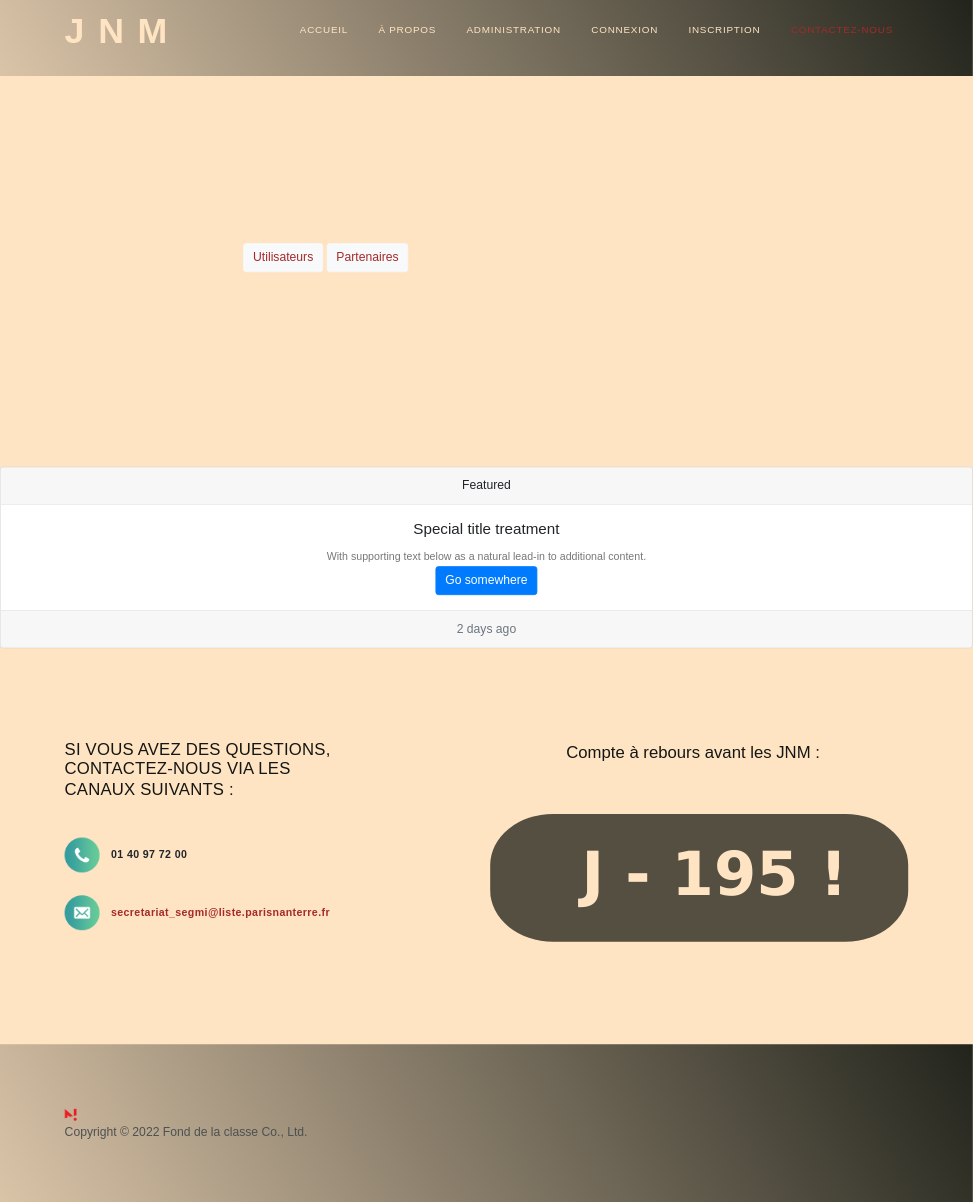
Repository: RiadNadri/ProjetWeb2022
Page: templates/Admin/admin.html.twig
An editor plug-in stored every save of this project. The page is shown before and after the next save, followed by the edit.
The browser window is 1280 px wide. The pictures show the whole page, at 76% of full size.
Some web fonts or font styles are not loaded; a fallback is used. The page is a Twig template of a Symfony application; nobody is signed in and links lead nowhere. The template is opened directly, without the code that normally fills it, so the values that code supplies are empty.

Above is the page before, as saved 2022-12-24 17:15:11.

### templates/Admin/admin.html.twig
{% extends 'base.html.twig' %}

{% block title %} Administration {% endblock %}


{% block body %}

<style>
    .buttonUser{
        margin-top: 25%;
        margin-bottom: 20%;
        margin-left: 25%;
    }
    .buttonPartenaire{
        margin-left:35%;
        font-size: xx-large;
    }
</style>

<div class="buttonUser">
    <div class="btn btn-light" >
        <a href="{{path('app_user')}}">Utilisateurs</a>
    </div>
    <div class="btn btn-light" >
        <a  href="{{path('app_partenaire')}}">Partenaires</a>
    </div>
</div>

<div class="card text-center">
  <div class="card-header">
    Featured
  </div>
  <div class="card-body">
    <h5 class="card-title">Special title treatment</h5>
    <p class="card-text">With supporting text below as a natural lead-in to additional content.</p>
    <a href="#" class="btn btn-primary">Go somewhere</a>
  </div>
  <div class="card-footer text-muted">
    2 days ago
  </div>
</div>
{% endblock %}

### templates/base.html.twig
<!DOCTYPE html>
<html>
    <head>
        <meta charset="UTF-8">
        <title>{% block title %}{% endblock %} - JNM</title>
        <meta name="viewport" content="width=device-width, initial-scale=1, shrink-to-fit=no">
        <meta name="description" content="">
        <meta name="author" content="">
        <link href="https://fonts.googleapis.com/css?family=Raleway:100,200,300,400,500,600,700,800,900&display=swap" rel="stylesheet">
        <link rel="shortcut icon" type= "image/png" href="{{ asset('img/favicon.png')}}" />

        {# Run `composer require symfony/webpack-encore-bundle` to start using Symfony UX #}

        <link rel="stylesheet" href="{{ asset('assets/css/bootstrap.min.css')}}">
        <link rel="stylesheet" href="{{ asset('assets/css/templatemo-breezed (1).css')}}">

        {% block stylesheets %}{% endblock %}

        {% block javascripts %}{% endblock %}
    </head>
    <body>

        <header class="header-area header-sticky">
        <div class="container">
            <div class="row">
                <div class="col-12">
                    <nav class="main-nav">
                        <!-- ***** Logo Start ***** -->
                        <a href="{{path('app_accueil')}}" class="logo">
                            JNM
                        </a>
                        <!-- ***** Logo End ***** -->
                        <!-- ***** Menu Start ***** -->
                        <ul class="nav">
                            <li class="scroll-to-section"><a href="{{path('app_accueil')}}" >Accueil</a></li>
                            <li class="scroll-to-section"><a href="#about">À propos</a></li>
                            <li class="scroll-to-section"><a href="{{path('app_admin')}}">Administration</a></li>
                            <li class="scroll-to-section"><a href="{{path('app_connexion')}}">Connexion</a></li>
                            {% if app.user %}
                                <li class="scroll-to-section"><a href="#réservation">Réservation</a></li>
                                <li class="scroll-to-section"><a href="{{path('app_profil')}}">Mon profil</a></li>
                                <li class="scroll-to-section"><a href="{{path('app_deconnexion')}}">Deconnexion</a></li>
                            {% else %}
                                <li class="scroll-to-section"><a href="{{path('app_inscription')}}">Inscription</a></li>
                            {% endif %}
                            <li class="scroll-to-section"><a href="#contact-us" class="active">Contactez-Nous</a></li>


                        </ul>

                        <!-- ***** Menu End ***** -->
                    </nav>
                </div>
            </div>
        </div>
    </header>

    {% block body %}
    <section class="section" id="about">
        <div class="container">
            <div class="row">
                <div class="col-lg-6 col-md-6 col-xs-12">
                    <div class="left-text-content">
                        <div class="section-heading">
                            <h6>À propos des Journées Nationales de la MIAGE</h6>
                            <h2>Certains de nos partenaires</h2>
                        </div>
                        <div class="row">
                            <div class="col-md-6 col-sm-6">
                                <div class="service-item">
                                    <a href="https://pepsi.fr/" rel ="nofollow noopener" target="_blank"> <img src="{{ asset('img/Pepsi-Logo-PNG-Pic.png')}}" alt=""> </a>
                                    <h4><a rel="nofollow noopener" href="https://pepsi.fr/" target="_blank">Pepsi</a></h4>
                                </div>
                            </div>
                            <div class="col-md-6 col-sm-6">
                                <div class="service-item">
                                    <a href="https://www.beinsports.com/france/" rel ="nofollow noopener" target="_blank"> <img src="{{ asset('img/Bein_sport_logo.png')}}" alt=""> </a>
                                    <h4><a rel="nofollow noopener" href="https://www.beinsports.com/france/" target="_blank">BeIn Sport</a></h4>
                                </div>
                            </div>
                            <div class="col-md-6 col-sm-6">
                                <div class="service-item">
                                    <a href="https://www.canalplus.com/" rel ="nofollow noopener" target="_blank"> <img src="{{ asset('img/canal-logo-png-transparent.png')}}" alt=""> </a>
                                    <h4><a rel="nofollow noopener" href="https://www.canalplus.com/" target="_blank">Canal +</a></h4>
                                </div>
                            </div>
                            <div class="col-md-6 col-sm-6">
                                <div class="service-item">
                                    <a href="https://www.wwf.fr/" rel ="nofollow noopener" target="_blank"> <img src="{{ asset('img/panda.png')}}" alt=""> </a>
                                    <h4><a rel="nofollow noopener" href="https://www.wwf.fr/" target="_blank">WWF</a></h4>
                                </div>
                            </div>
                            <div class="col-md-12">
                                <a href="#" class="main-button-icon">
                                    En savoir plus
                                </a>
                            </div>
                        </div>
                    </div>
                </div>
                <div class="col-lg-6 col-md-6 col-xs-12">
                    <div class="right-text-content">
                        <p>Les Journées Nationales de la Miage sont organisées par <a rel="nofollow noopener" href="https://www.parisnanterre.fr/" target="_blank">L'Université Paris Nanterre</a> en 2023.
                        <br><br>Du 01/06/2023 au 04/06/2023 venez participer aux Journées Nationales de la MIAGE aux portes de Paris sur le campus de Nanterre. Retrouvez-y toutes les MIAGE de France pour partager un bon moment.
                      <br><br>Prenez part aux différentes activités et profitez-en pour élargir votre réseau miagiste !</p>
                    </div>
                </div>
            </div>
        </div>
    </section>

    <section class="section" id="features">
        <div class="container">
            <div class="row">
                <div class="col-lg-4 col-md-6 col-sm-12 col-xs-12" data-scroll-reveal="enter left move 30px over 0.6s after 0.4s">
                    <div class="features-item">
                        <div class="features-icon">
                            <img src="{{ asset('img/Icone.png')}}" height="30px" width="30px" alt="">
                        </div>
                        <div class="features-content">
                            <h4>Le campus de Nanterre</h4>
                            <p>Situé à proximité du quartier d'affaires da La Défense, le campus de Nanterre s'étend sur 30 hectares.<br> Chaque année, il accueille plus de 40 000 étudiants et met à leur disposition divers types d'infrastructures permettant de pratiquer des activités sportives et culturelles !</p>
                            <a href="https://www.parisnanterre.fr/" target="_blank" class="text-button-icon">
                                En savoir plus
                            </a>
                        </div>
                    </div>
                </div>
                <div class="col-lg-4 col-md-6 col-sm-12 col-xs-12" data-scroll-reveal="enter bottom move 30px over 0.6s after 0.4s">
                    <div class="features-item">
                        <div class="features-icon">
                            <img src="{{ asset('img/miage.png')}}" height="30px" width="30px" alt="">
                        </div>
                        <div class="features-content">
                            <h4>La Miage de Nanterre</h4>
                            <p>Intégrée au sein de l'Unité de Formation et de Recherche
                                <a href="https://ufr-segmi.parisnanterre.fr/" rel="nofollow noopener" target="_blank">
                                SEGMI
                                </a> au bâtiment Allais (G), la MIAGE de Nanterre</p>
                            <a href="https://miage.parisnanterre.fr/" class="text-button-icon">
                                En savoir plus
                            </a>
                        </div>
                    </div>
                </div>
                <div class="col-lg-4 col-md-6 col-sm-12 col-xs-12" data-scroll-reveal="enter right move 30px over 0.6s after 0.4s">
                    <div class="features-item">
                        <div class="features-icon">
                            <img src="{{ asset('img/eiffel.png')}}" height="50px" width="50px"alt="">
                        </div>
                        <div class="features-content">
                            <h4>Le séjour à Paris</h4>
                            <p>Vous pourrez profiter d'ếtre aux portes de Paris pour visiter la capitale. La ligne du RER A vous permettra de rejoindre le centre-ville en moins de 30 minutes.<br> Allez explorer le 1er arrondissement riche en culture, ou manger dans l'un des 18 000 restaurants parisiens !</p>
                            <a href="https://www.parisinfo.com/visiter-a-paris" class="text-button-icon">
                                En savoir plus
                            </a>
                        </div>
                    </div>
                </div>
            </div>
        </div>
    </section>
    {% endblock %}


    <!-- ***** Contact Us Area Starts ***** -->
    <section class="section" id="contact-us">
        <div class="container">
            <div class="row">
                <div class="col-lg-4 col-md-4 col-xs-12">
                    <div class="left-text-content">
                        <div class="section-heading">
                            <h6>Si vous avez des questions, Contactez-nous via les canaux suivants :</h6>
                        </div>
                        <ul class="contact-info">
                            <li><img src="{{ asset('img/contact-info-01.png')}}" alt="">01 40 97 72 00</li>
                            <li><img src="{{ asset('img/contact-info-02.png')}}" alt=""><a href="mailto:secretariat_segmi@liste.parisnanterre.fr">secretariat_segmi@liste.parisnanterre.fr</a></li>
                        </ul>
                    </div>
                </div>

                <div class="col-lg-8 col-md-6 col-xs-12">
                    <div class="section-heading">
                        <h7>Compte à rebours avant les JNM :</h7>
                    </div>
                    <div class="cpt">

                        <label id="Compte"></label>
                            <script type="text/javascript" >
                                var Affiche=document.getElementById("Compte");
                                function Rebour() {
                                 var date1 = new Date();
                                 var date2 = new Date ("Jun 1, 2023 00:00:00");
                                 var sec = (date2 - date1) / 1000;
                                 var n = 24 * 3600;
                                 if (sec > 0) {
                                        j = Math.floor (sec / n);
                                        Affiche.innerHTML = "J - " + j + " !";
                                 }
                                 tRebour=setTimeout ("Rebour();", 1000);
                                }
                             Rebour();
                            </script>

                    </div>
                </div>

            </div>
        </div>
    </section>


    </body>


    <!-- ***** Footer Start ***** -->
    <footer>
        <div class="container">
            <div class="row">
                <div class="col-lg-6 col-xs-12">
                    <div class="left-text-content">
                        <a rel="nofollow noopener" href="https://www.parisnanterre.fr/" target="_blank"><img src="{{ asset('img/Icone.png')}}" alt=""><br>Copyright &copy; 2022 Fond de la classe Co., Ltd. </a>
                    </div>
                </div>

            </div>
        </div>
    </footer>
</html>

Loaded but not shown: public/assets/css/bootstrap.min.css (library); public/assets/css/templatemo-breezed (1).css (908 lines, source omitted)

After the next save:
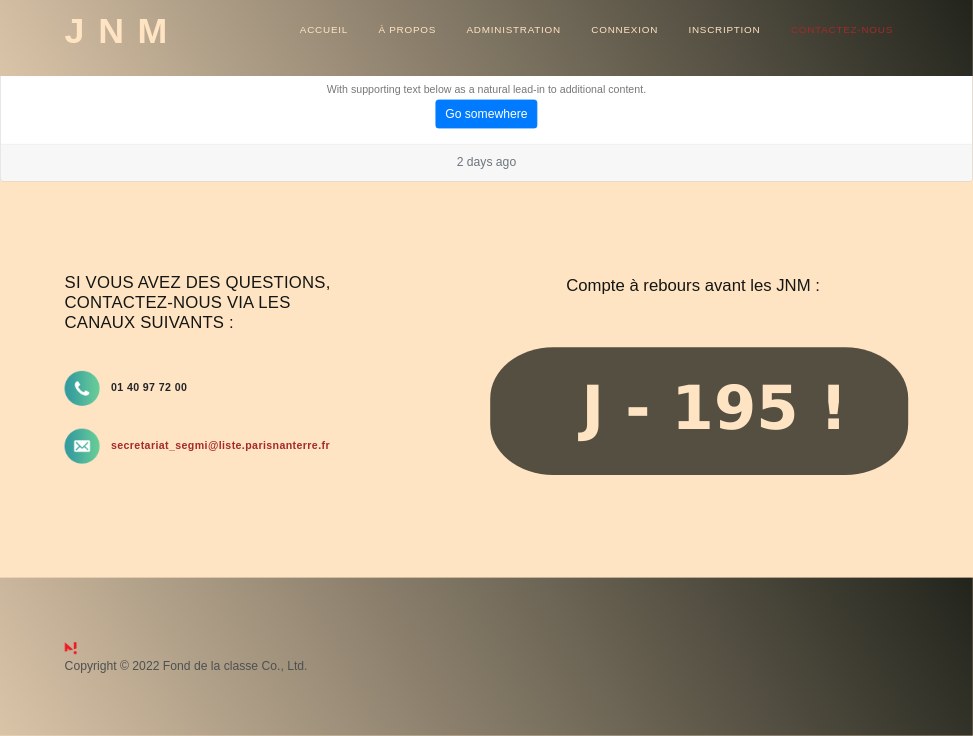
Saved 17 s later.
--- a/templates/Admin/admin.html.twig
+++ b/templates/Admin/admin.html.twig
@@ -4,27 +4,6 @@
 
 
 {% block body %}
-
-<style>
-    .buttonUser{
-        margin-top: 25%;
-        margin-bottom: 20%;
-        margin-left: 25%;
-    }
-    .buttonPartenaire{
-        margin-left:35%;
-        font-size: xx-large;
-    }
-</style>
-
-<div class="buttonUser">
-    <div class="btn btn-light" >
-        <a href="{{path('app_user')}}">Utilisateurs</a>
-    </div>
-    <div class="btn btn-light" >
-        <a  href="{{path('app_partenaire')}}">Partenaires</a>
-    </div>
-</div>
 
 <div class="card text-center">
   <div class="card-header">

After the save that followed:
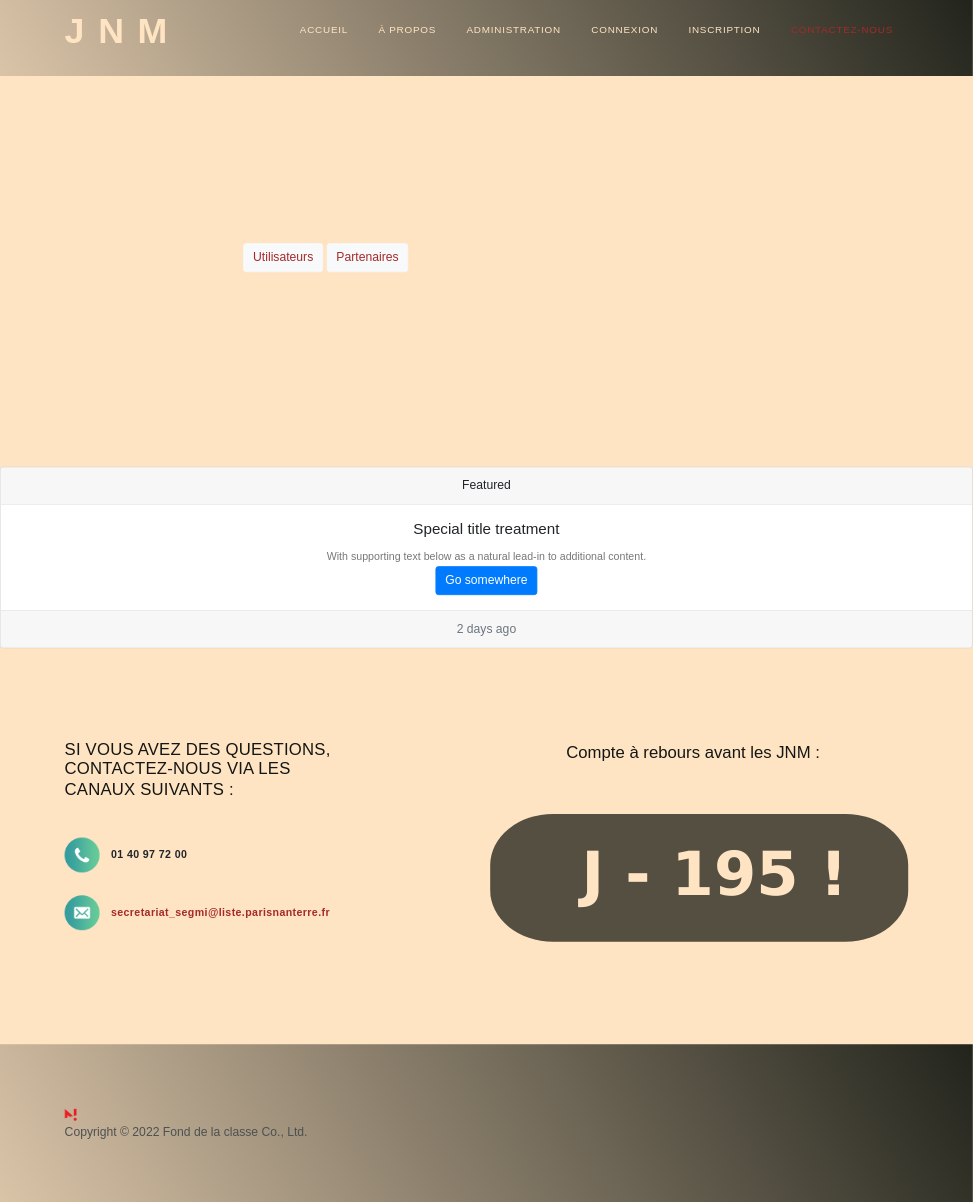
Saved 19 s later.
--- a/templates/Admin/admin.html.twig
+++ b/templates/Admin/admin.html.twig
@@ -4,6 +4,27 @@
 
 
 {% block body %}
+
+<style>
+    .buttonUser{
+        margin-top: 25%;
+        margin-bottom: 20%;
+        margin-left: 25%;
+    }
+    .buttonPartenaire{
+        margin-left:35%;
+        font-size: xx-large;
+    }
+</style>
+
+<div class="buttonUser">
+    <div class="btn btn-light" >
+        <a href="{{path('app_user')}}">Utilisateurs</a>
+    </div>
+    <div class="btn btn-light" >
+        <a  href="{{path('app_partenaire')}}">Partenaires</a>
+    </div>
+</div>
 
 <div class="card text-center">
   <div class="card-header">
